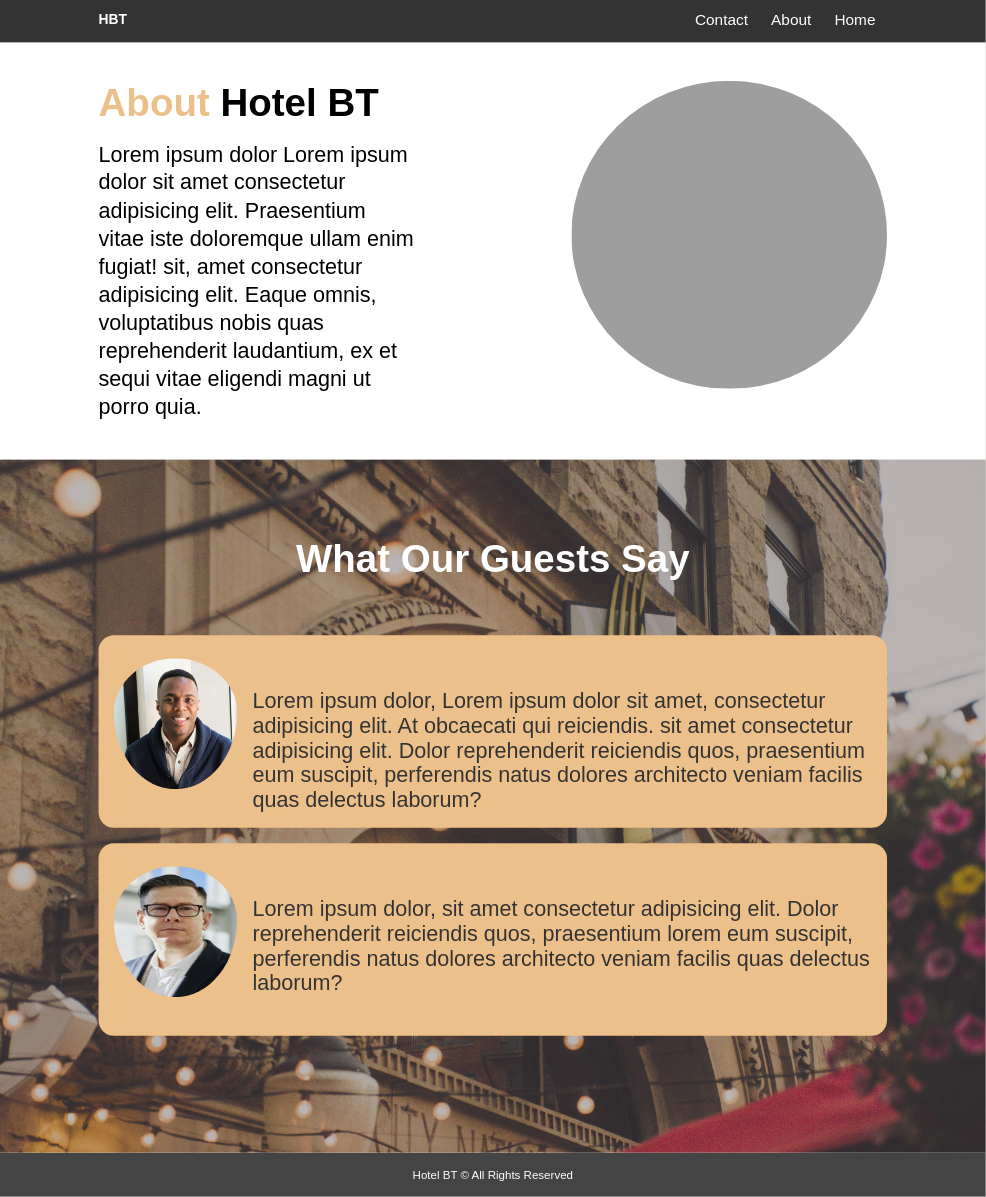
Repository: reemoon-ctrl/35---hotel-website
Page: about.html
An editor plug-in stored every save of this project. The page is shown before and after the next save, followed by the edit.
The browser window is 1280 px wide. The pictures show the whole page, at 77% of full size.
Pictures or frames that could not be fetched are drawn as grey boxes.

Above is the page before, as saved 2024-07-24 21:20:58.

After the next save:
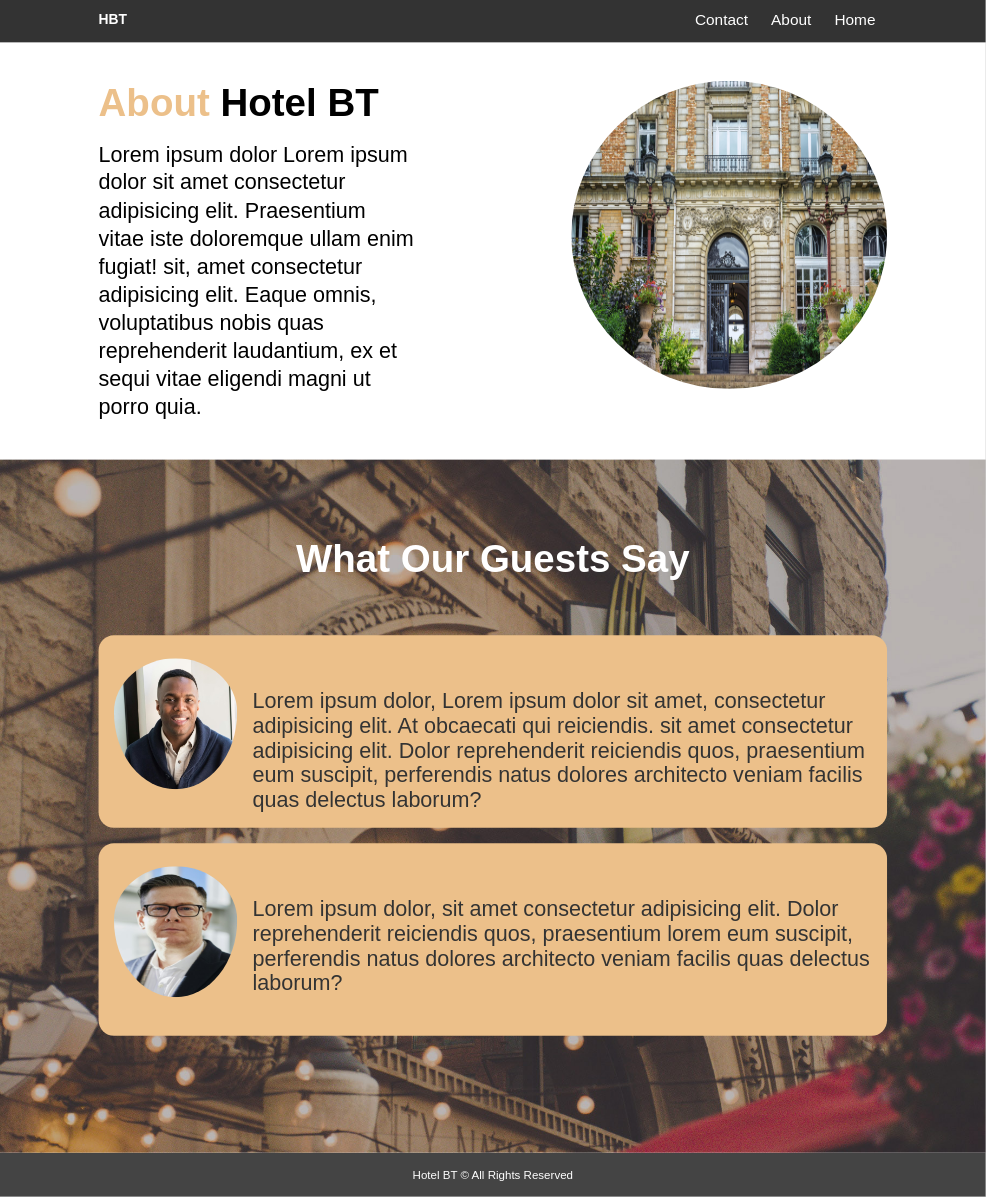
Saved 5 s later.
--- a/about.html
+++ b/about.html
@@ -29,7 +29,7 @@
             <p>Lorem ipsum dolor Lorem ipsum dolor sit amet consectetur adipisicing elit. Praesentium vitae iste doloremque ullam enim fugiat! sit, amet consectetur adipisicing elit. Eaque omnis, voluptatibus nobis quas reprehenderit laudantium, ex et sequi vitae eligendi magni ut porro quia.
             </p>
            </div>
-            <img class="hotel-img2" src="/img/" alt="Hotel-image">
+            <img class="hotel-img2" src="/img/photo-1.jpg" alt="Hotel-image">
         </div>
     </main>
     <aside>
